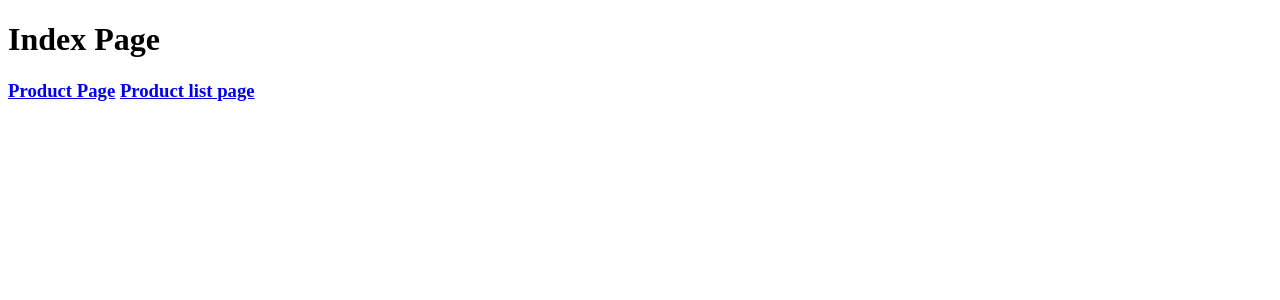
Repository: Dog-voice/king
Page: http://localhost/KING3/
An editor plug-in stored every save of this project. The page is shown before and after the next save, followed by the edit.
The browser window is 1280 px wide. The pictures show the whole page.
The page is served by Tomcat 9.

Above is the page before, as saved 2022-08-30 03:06:49.

After the next save:
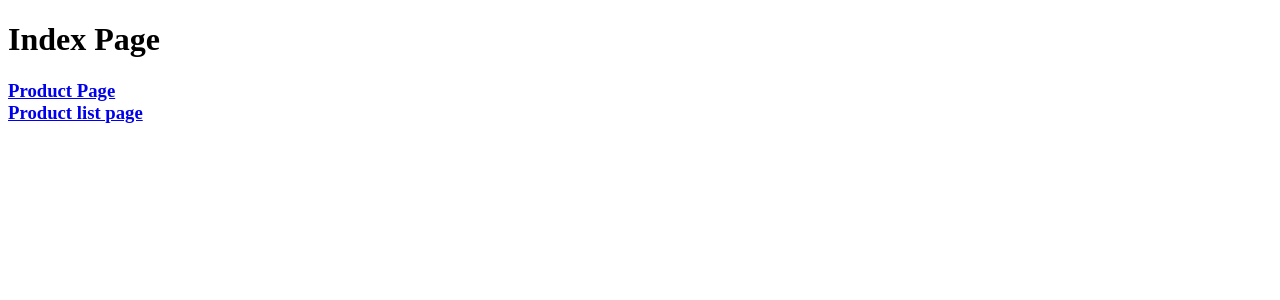
Saved 13 s later.
--- a/상품등록/KING3/src/main/webapp/index.jsp
+++ b/상품등록/KING3/src/main/webapp/index.jsp
@@ -10,7 +10,7 @@
 <h1>Index Page</h1>
 
 <h3>
-	<a href=./product/register.pd>Product Page</a>
+	<a href=./product/register.pd>Product Page</a><br>
 	<a href=./proudcut/list.pd>Product list page</a>
 </h3>
 
